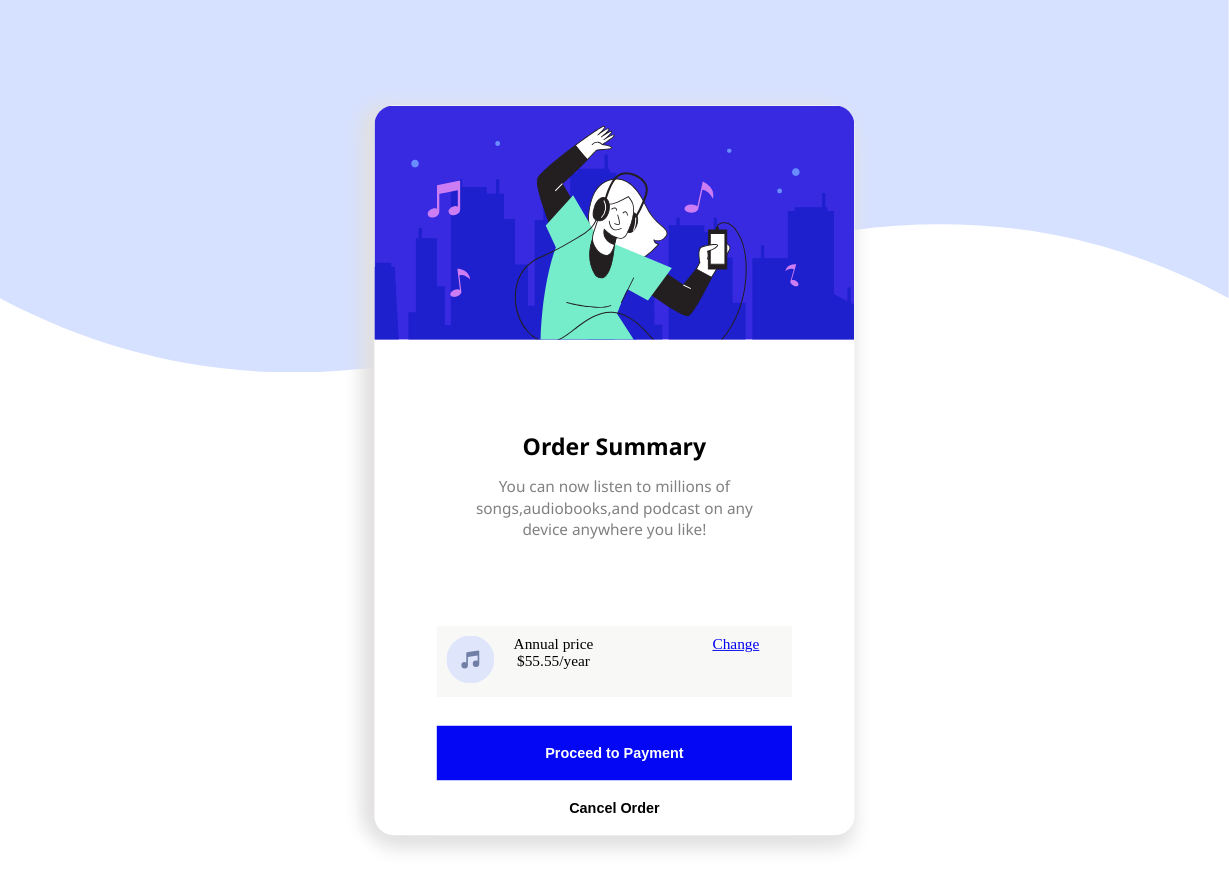
Repository: Eugene44-hub/newbie-project
Page: index.html
The author's editor kept a copy of each file at every save. The page is drawn from the files as they stood at one save, then again after a run of saves.
The browser window is 1280 px wide. The pictures show the whole page, at 96% of full size.

Above is the page before, as saved 2021-08-29 10:06:10.

After the next 3 saves:
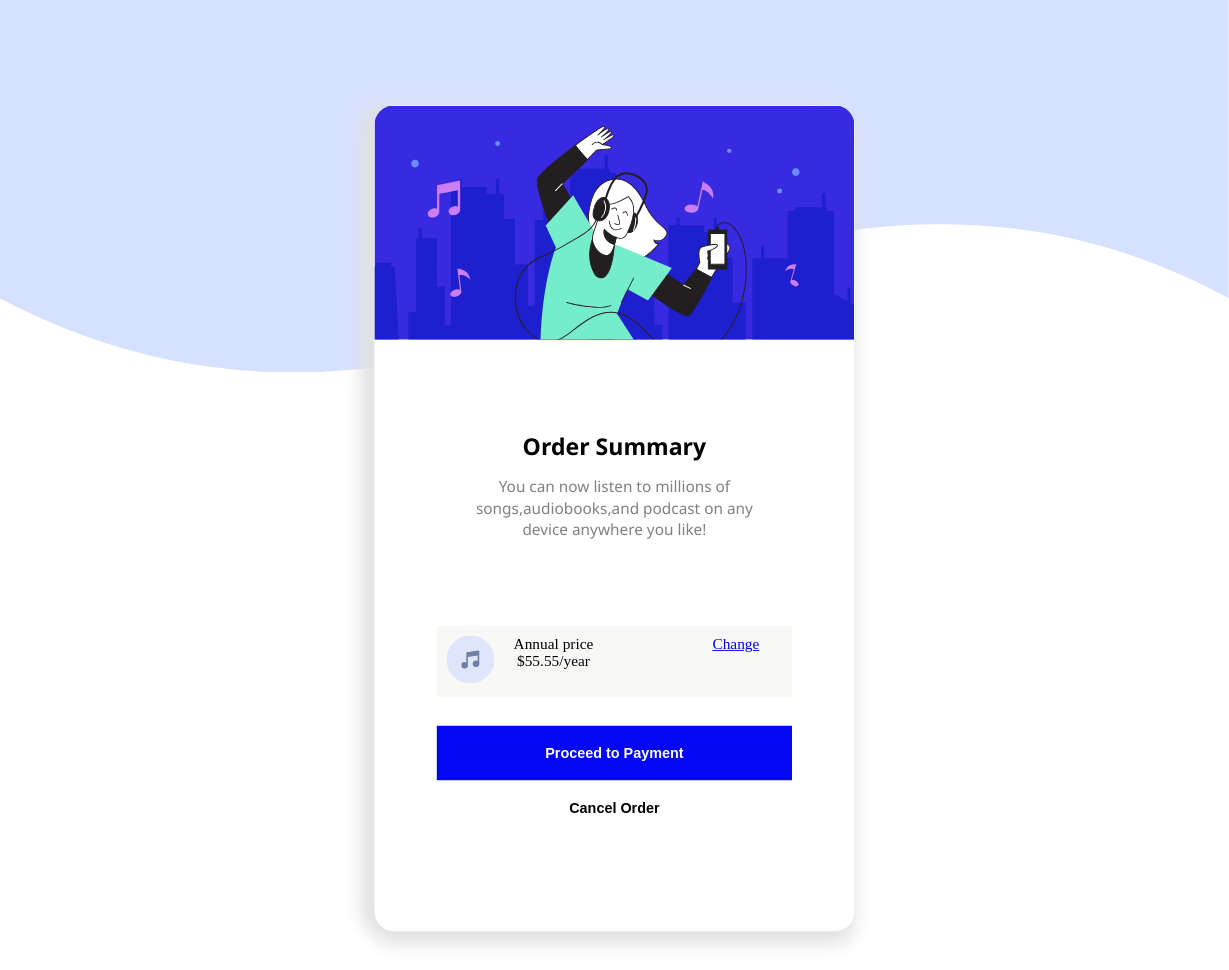
The 3 saves are shown as one change because they came seconds apart.
The last was saved 59 s later.
--- a/style.css
+++ b/style.css
@@ -35,6 +35,7 @@
     border-radius: 20px;
     max-width: 500px;
     box-shadow: 0px 13px 20px rgb(226, 224, 224), -13px -0px 20px rgb(226, 224, 224);
+    padding-bottom: 100px;
 }
 
 .content::after {}

After the save that followed:
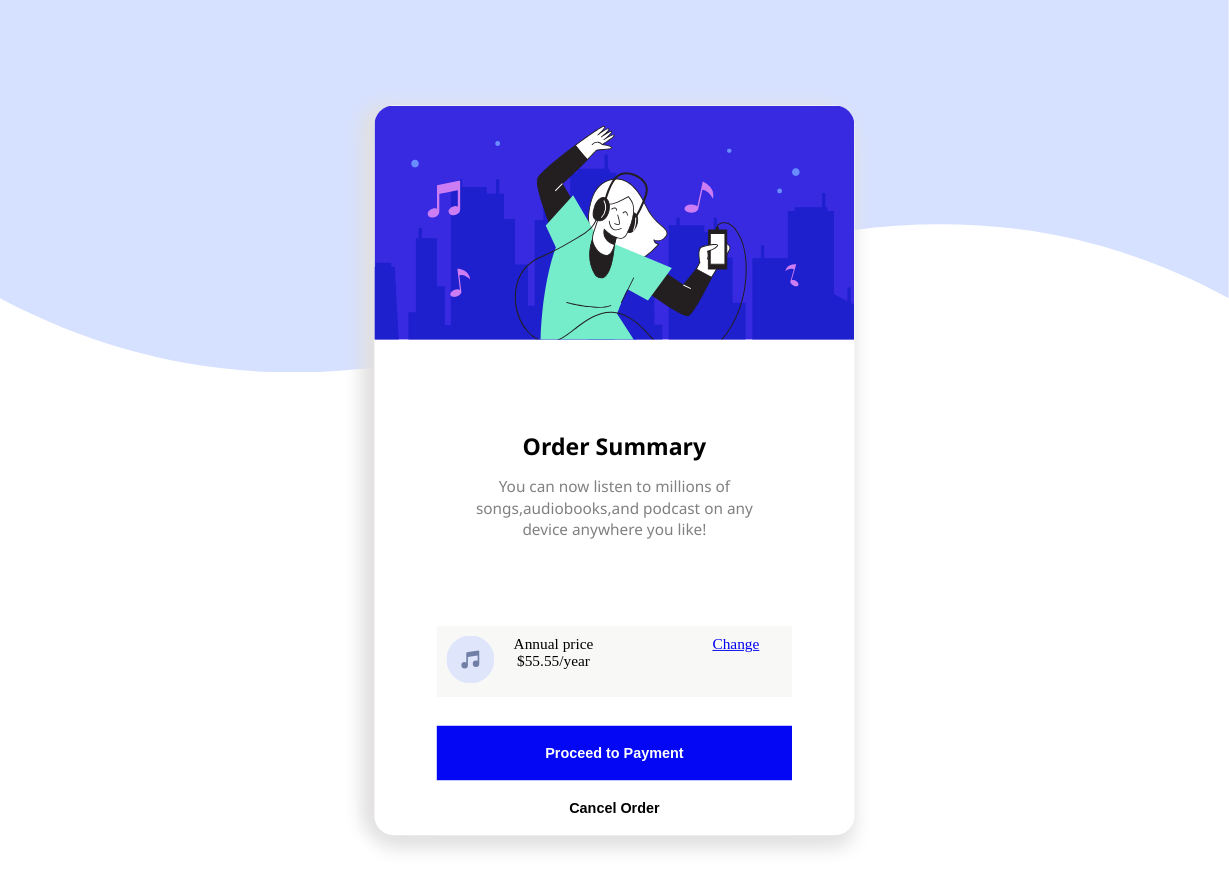
Saved 20 s later.
--- a/style.css
+++ b/style.css
@@ -35,7 +35,6 @@
     border-radius: 20px;
     max-width: 500px;
     box-shadow: 0px 13px 20px rgb(226, 224, 224), -13px -0px 20px rgb(226, 224, 224);
-    padding-bottom: 100px;
 }
 
 .content::after {}
